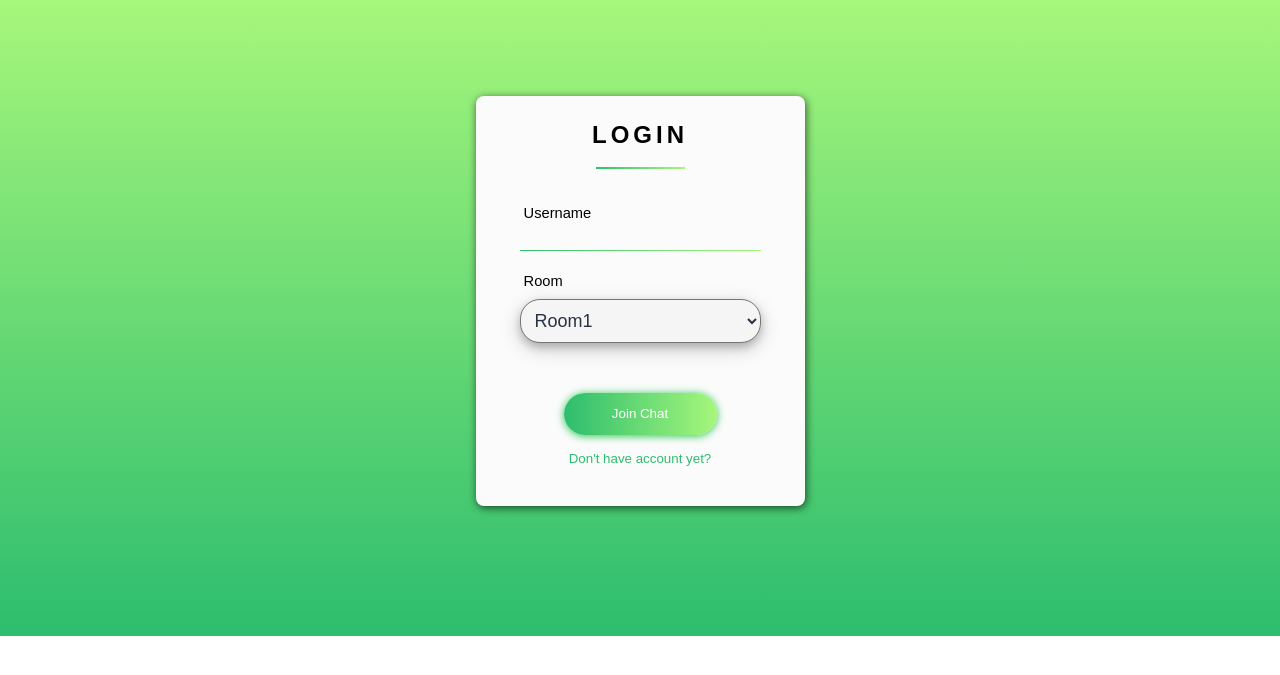
Repository: satyam12116/chat
Page: public/index.html
An editor plug-in stored every save of this project. The page is shown before and after the next save, followed by the edit.
The browser window is 1280 px wide. The pictures show the whole page.
Some web libraries are served in a nearby version.

Above is the page before, as saved 2023-03-26 11:51:06.

After the next save:
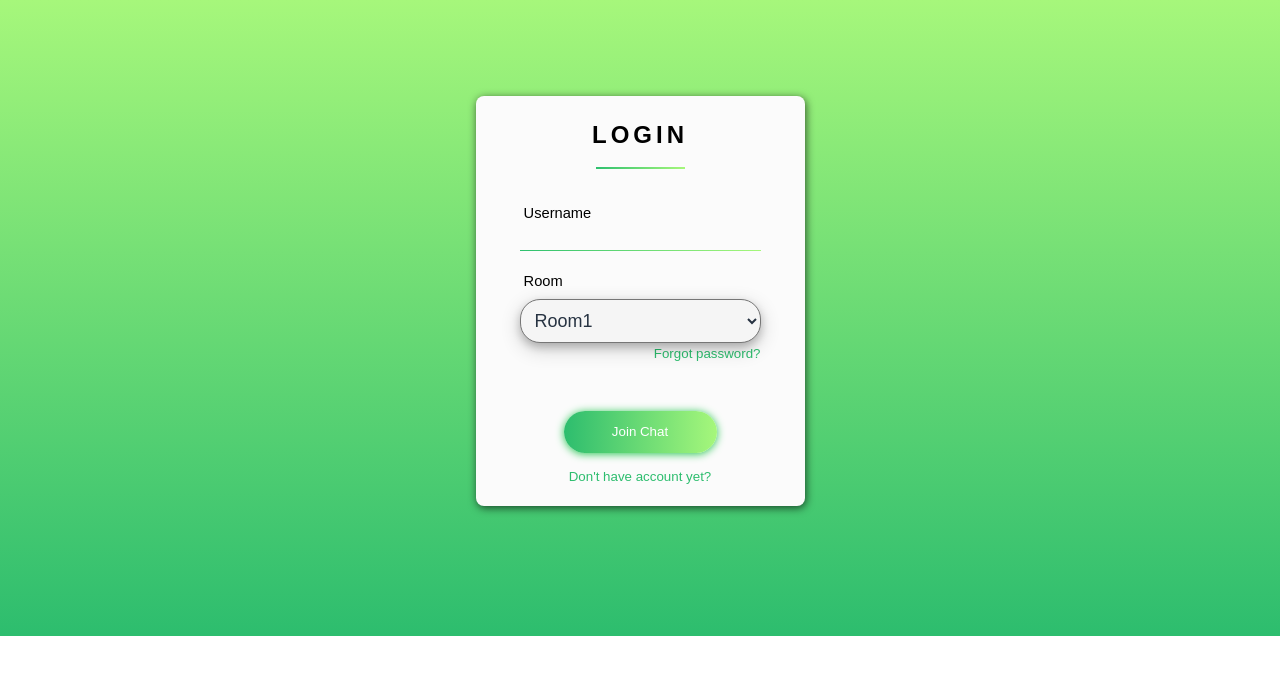
Saved 19 s later.
--- a/public/index.html
+++ b/public/index.html
@@ -68,9 +68,9 @@
 					<option value="Room6">Room6</option>
 				</select>
 				<!-- <div class="form-border"></div> -->
-				<!-- <a href="#">
+				<a href="#">
 				  <legend id="forgot-pass">Forgot password?</legend>
-				</a> -->
+				</a>
 				<!-- <input id="submit-btn" type="submit" name="submit" value="Join Chat" /> -->
 				<button type="submit" id="submit-btn">Join Chat</button>
 				<a href="#" id="signup">Don't have account yet?</a>
